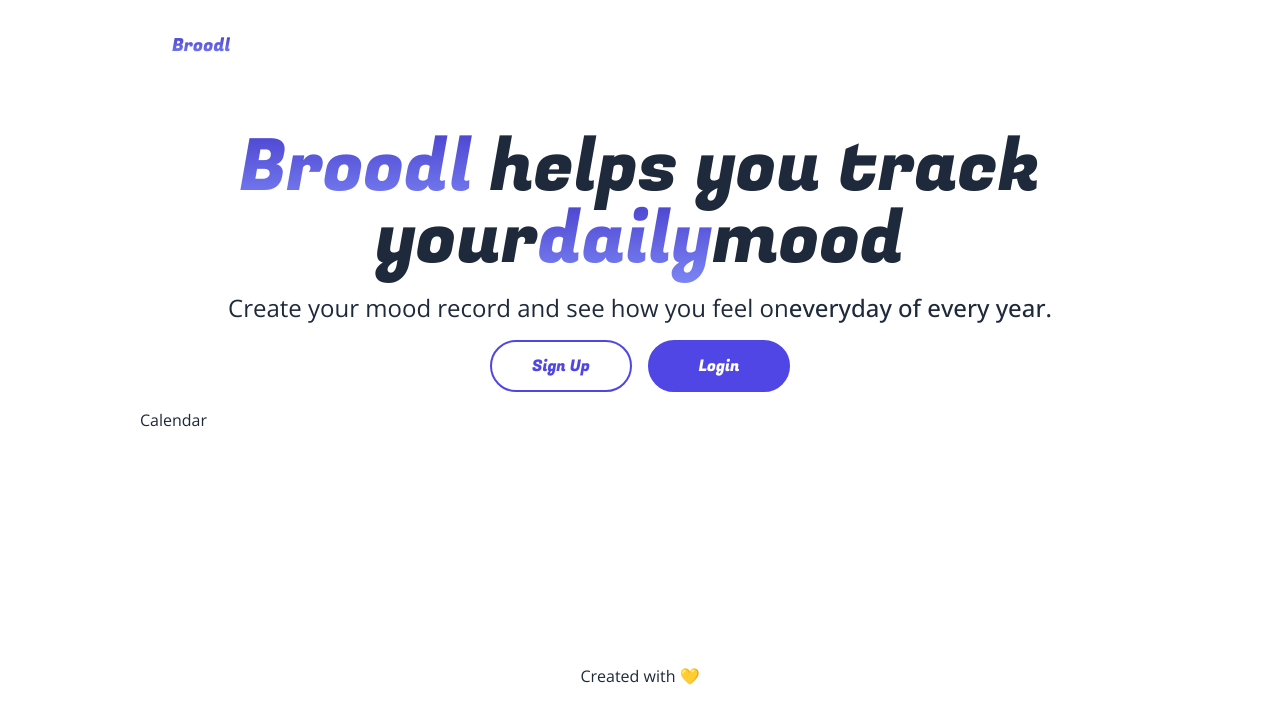
Repository: Nathan-spec/mood-app-next
Page: /
These files come from the project's save history. The page is drawn as it stood at one moment and after the next save; the edit follows.
The browser window is 1280 px wide. The pictures show the whole page.
The project was rebuilt for these pictures with package versions that can differ from the ones it lists, and the page was loaded fresh each time. The framework's server and built-in components were replaced by stand-ins that run in the browser. Also part of the build but not shown: next.config.mjs.

Above is the page before, as saved 2024-10-14 13:09:10.

### app/layout.js
import localFont from "next/font/local";
import { Fugaz_One, Open_Sans } from "next/font/google";
import "./globals.css";

const geistSans = localFont({
  src: "./fonts/GeistVF.woff",
  variable: "--font-geist-sans",
  weight: "100 900",
});
const geistMono = localFont({
  src: "./fonts/GeistMonoVF.woff",
  variable: "--font-geist-mono",
  weight: "100 900",
});

export const metadata = {
  title: "Broodl",
  description: "Track your daily mood everyday of the year",
};

const openSans = Open_Sans({ subsets:["latin"] });
const fugaz = Fugaz_One({ subsets: ["latin"], weight:['400'] });

export default function RootLayout({ children }) {

  const header = (
    <header className="p-4 sm:p-8 flex items-center justify-between gap-4">
      <h1 className={'text-base sm:text-lg textGradient ' + fugaz.className}>Broodl</h1>
      <div className="flex items-center justify-between">

      </div>
    </header>
  )

  const footer = (
    <footer className="p-4 sm:p-8 grid place-items-center">
        <p className={'text-indigo-400' + fugaz.className}>Created with 💛</p>
    </footer>
  )

  return (
    <html lang="en">
      <body
        className={`w-full, max-w-[1000px] mx-auto text-sm sm:text-base min-h-screen flex flex-col text-slate-800 ${openSans.className} antialiased`}
      >
        {header}
        {children}
        {footer}
      </body>
    </html>
  );
}

### app/page.js
import Hero from "@/components/Hero";
import Main from "@/components/main";

export default function HomePage() {
  return(
    <Main className="">
      <Hero/>

    </Main>
  )
}

### app/globals.css
@tailwind base;
@tailwind components;
@tailwind utilities;

.textGradient {
  background: -webkit-linear-gradient(#4338ca, #818cf8);
  -webkit-background-clip: text;
  -webkit-text-fill-color: transparent;
}

### components/Hero.js
import { Fugaz_One } from 'next/font/google';
import React from 'react'
import Button from './Button';
import Calendar from './Calendar';

const fugaz = Fugaz_One({ subsets: ["latin"], weight: ['400']});

export default function Hero() {
  return (
    <div className='py-4 md:py-10 flex flex-col gap-4 sm:gap-4'>
        <h1
        className={'text-5xl sm:text-text-6xl md:text-7xl text-center ' + fugaz.className}>
            <span className='textGradient'>Broodl</span> helps you track your<span className='textGradient'>daily

            </span>mood</h1>
            <p className='text-lg sm:text-xl md:text-2xl text-center'>Create your mood record and see how you feel on
                <span className='font-medium'>everyday of every year.</span></p>
    <div className='grid grid-cols-2 gap-4 w-fit mx-auto'>
      <Button text="Sign Up"/>
      <Button text="Login" dark/>
    </div>
    <Calendar/>
    </div>
  )
}

### components/main.js
import React from 'react'

export default function Main(props) {
    const { children } = props
  return (
        <main className='flex-1 flex flex-col'>
            {children}
        </main>
  )
}

### components/Button.js
import { Fugaz_One } from 'next/font/google';
import React from 'react'

const fugaz = Fugaz_One({ subsets: ["latin"], weight: ['400'] });

export default function Button(props) {
    const { text, dark, full, clickHandler } = props

    return (
        <button onClick={clickHandler} className={'rounded-full overflow-hidden duration-200 hover:opacity-60 border-2 border-solid border-indigo-600 ' + (dark ? ' text-white bg-indigo-600 ' : ' text-indigo-600 ') + (full ? ' grid place-items-center w-full ' : ' ')}>
            <p className={'px-6 sm:px-10 whitespace-nowrap py-2 sm:py-3 ' + fugaz.className}>{text}</p>
        </button>
    )
}

Loaded but not shown: components/Calendar.js (common file); tailwind.config.js (common file)

After the next save:
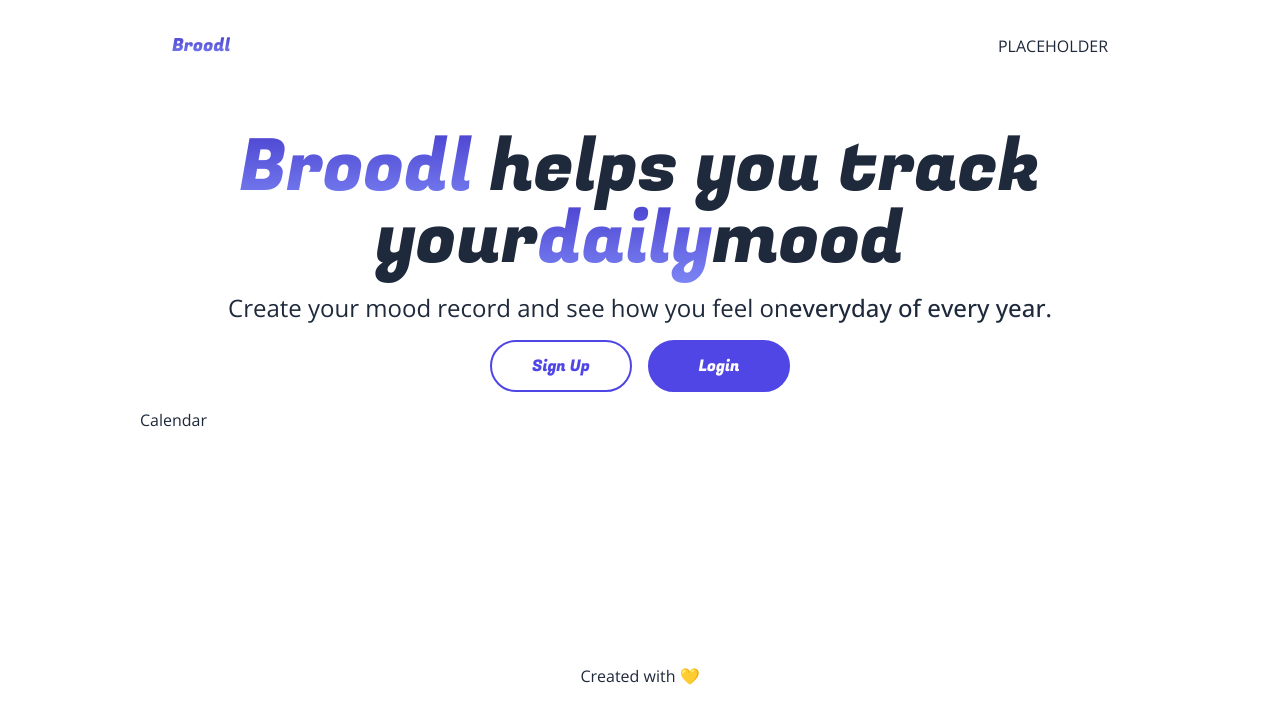
Saved 5 s later.
--- a/app/layout.js
+++ b/app/layout.js
@@ -27,7 +27,7 @@ export default function RootLayout({ children }) {
     <header className="p-4 sm:p-8 flex items-center justify-between gap-4">
       <h1 className={'text-base sm:text-lg textGradient ' + fugaz.className}>Broodl</h1>
       <div className="flex items-center justify-between">
-
+        PLACEHOLDER
       </div>
     </header>
   )
